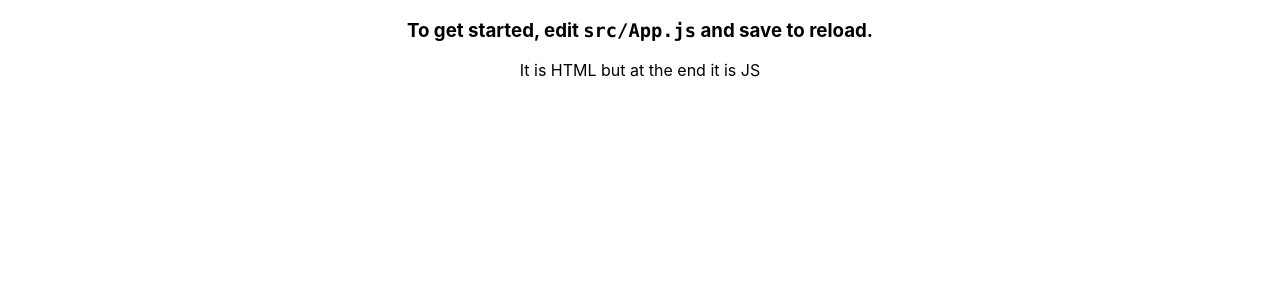
Repository: RohitMalik2/Rohit_react
Page: /
The author's editor kept a copy of each file at every save. The page is drawn from the files as they stood at one save, then again after the next save.
The browser window is 1280 px wide. The pictures show the whole page.
The project was rebuilt for these pictures with package versions that can differ from the ones it lists, and the page was loaded fresh each time.

Above is the page before, as saved 2019-10-10 22:44:50.

After the next save:
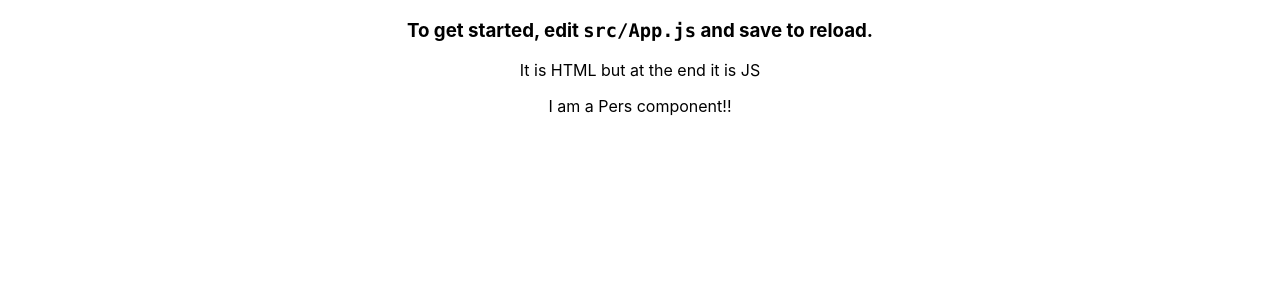
Saved 48 s later.
--- a/src/App.js
+++ b/src/App.js
@@ -1,5 +1,6 @@
 import React, { Component } from 'react';
 import './App.css';
+import Person from './Person/Person';
 
 class App extends Component {
   render() {
@@ -9,6 +10,7 @@ class App extends Component {
           To get started, edit <code>src/App.js</code> and save to reload.
         </h3>
         <p> It is HTML but at the end it is JS</p>
+        <Person />
       </div>
     );
     /* return React.createElement('div', {className: 'App'}, React.createElement('h1', null, "Hey whts..up")); */
